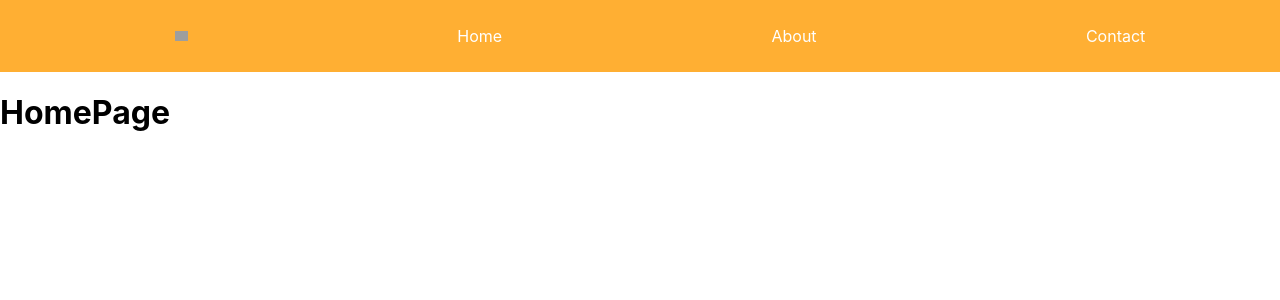
Repository: Toydrum/React-HectorCoronado
Page: /
An editor plug-in stored every save of this project. The page is shown before and after the next save, followed by the edit.
The browser window is 1280 px wide. The pictures show the whole page.
Pictures or frames that could not be fetched are drawn as grey boxes. The page's requests for data from a server got no answer. The project was rebuilt for these pictures with package versions that can differ from the ones it lists, and the page was loaded fresh each time. No one was signed in, and anything a server would have sent is missing. Also part of the build but not shown: src/components/CardUser/CardUser.jsx, src/pages/ContactPage/ContactPage.jsx, src/pages/AboutPage/AboutPage.jsx, src/pages/DetailPage/DetailPage.jsx.

Above is the page before, as saved 2023-06-17 07:02:29.

After the next save:
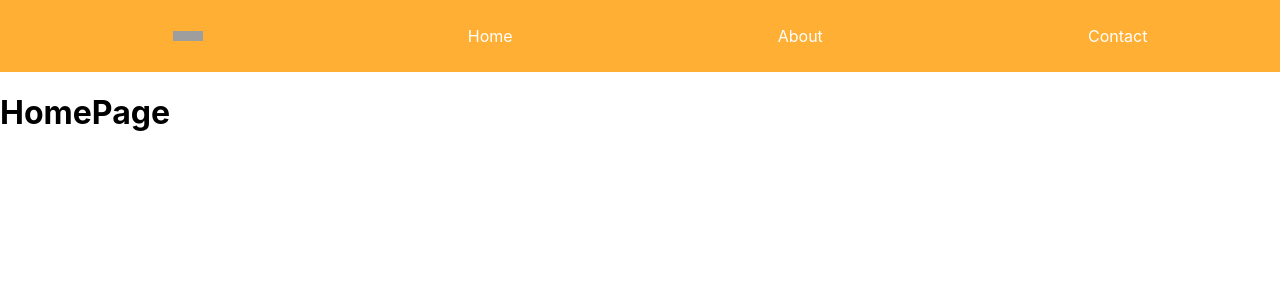
Saved 21 s later.
--- a/src/components/Navbar/Navbar.jsx
+++ b/src/components/Navbar/Navbar.jsx
@@ -8,7 +8,7 @@ const NavBar = () => {
   return (
     <nav className="nav-container">
       <ul className="nav-ul">
-        <img src={logo} alt="gatito" style={{ height: 10 }} />
+        <img src={logo} alt="gatito" style={{ height: 10, width: 30 }} />
         <Link className="li" to="/">
           Home
         </Link>
